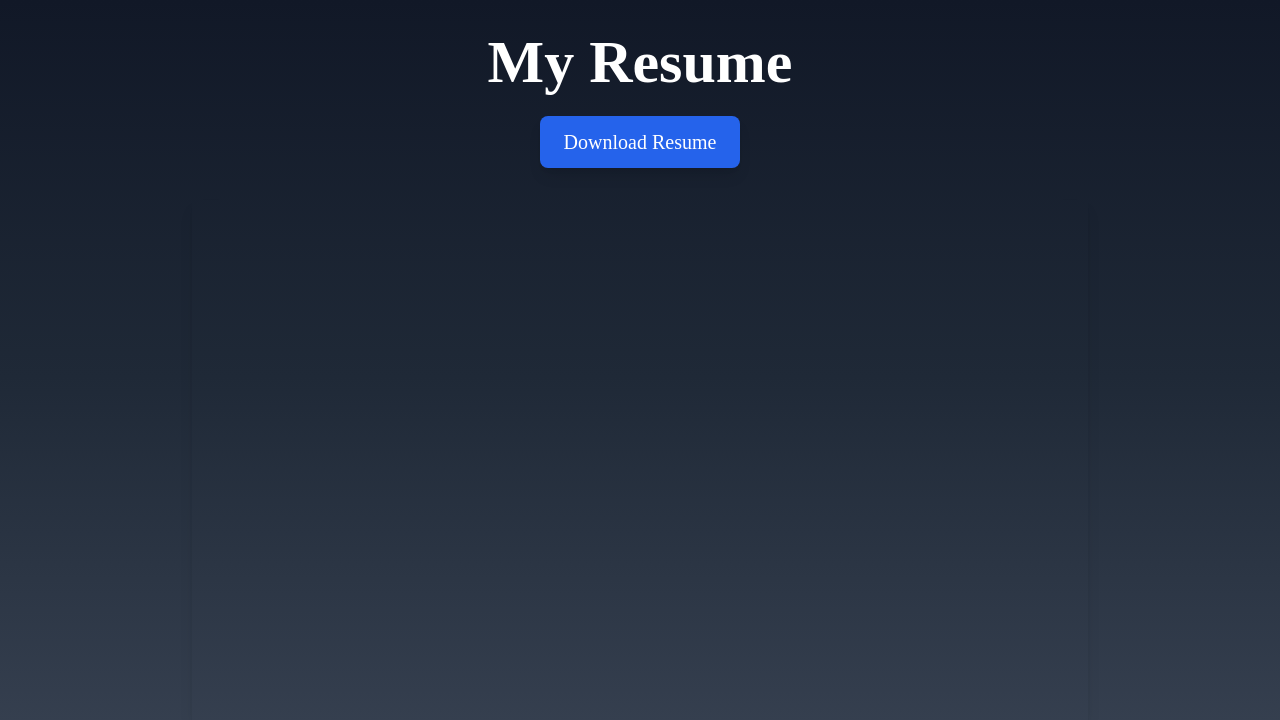
Repository: evnwyn/Evan-Wayne-s-Portfolio
Page: /resume
The author's editor kept a copy of each file at every save. The page is drawn from the files as they stood at one save, then again after the next save.
The browser window is 1280 px wide. The pictures show the whole page.
An inner scrolling area shows only its first screen. The project was rebuilt for these pictures with package versions that can differ from the ones it lists, and the page was loaded fresh each time. The framework's server and built-in components were replaced by stand-ins that run in the browser. Also part of the build but not shown: next.config.js.

Above is the page before, as saved 2024-10-09 20:23:12.

### src/app/layout.tsx
// app/layout.tsx

import '~/styles/globals.css'; // Import your global styles
import { type Metadata } from 'next';
import { ReactNode } from 'react';

export const metadata: Metadata = {
  title: 'Evan Wayne | Portfolio',
  description: 'This is my personal portfolio website',
  icons: [{ rel: 'icon', url: '/favicon.ico' }],
};

export default function RootLayout({ children }: { children: ReactNode }) {
  return (
    <html lang="en">
      <body className="min-h-screen flex flex-col bg-gradient-to-b from-gray-900 via-gray-800 to-gray-700">
        {/* Main content area, flex-grow ensures this stretches to fill the viewport */}
        <main className="flex-grow flex flex-col">{children}</main>
        <footer className="text-center text-white py-4">
          © {new Date().getFullYear()} Evan Wayne
        </footer>
      </body>
    </html>
  );
}

### src/app/resume/page.tsx
// app/resume/page.tsx

import React from 'react';

export default function Resume() {
  return (
    <div className="min-h-screen flex flex-col items-center justify-center p-8 bg-gradient-to-b from-gray-900 via-gray-800 to-gray-700">
      <h1 className="text-6xl font-bold text-white mb-6 transition-all duration-500 hover:text-gray-300">
        My Resume
      </h1>
      <a
        href="/Evan Wayne's Resume 09:10:2024.pdf" // Ensure this points to the correct resume file in the public folder
        download
        className="bg-blue-600 text-white text-xl px-6 py-3 rounded-lg shadow-lg transform hover:bg-blue-700 hover:scale-110 transition-transform duration-500 ease-out hover:shadow-xl"
      >
        Download Resume
      </a>
      <iframe
        src="/Evan Wayne's Resume 09:10:2024.pdf" // Embedding the resume for inline viewing
        className="mt-8 w-full max-w-4xl h-full border-0 shadow-lg"
        style={{ height: 'calc(100vh - 200px)' }} // Adjust height to fit full viewport minus some space for header and download button
        title="Resume PDF"
      />
    </div>
  );
}

### src/styles/globals.css
@tailwind base;
@tailwind components;
@tailwind utilities;

/* Reset any default padding or margin */
html, body {
  height: 100%;
  margin: 0;
  padding: 0;
  overflow-x: hidden; /* Prevents horizontal scrolling if there's any overflow */
  background-color: transparent; /* Just to ensure no background color is affecting things */
}

/* Ensure the Next.js root div takes up the full height */
#__next {
  height: 100%;
  display: flex;
  flex-direction: column;
}

/* Main container grows to fill the available space */
main {
  flex-grow: 1;
  display: flex;
  flex-direction: column;
}

Loaded but not shown: tailwind.config.ts (common file)

After the next save:
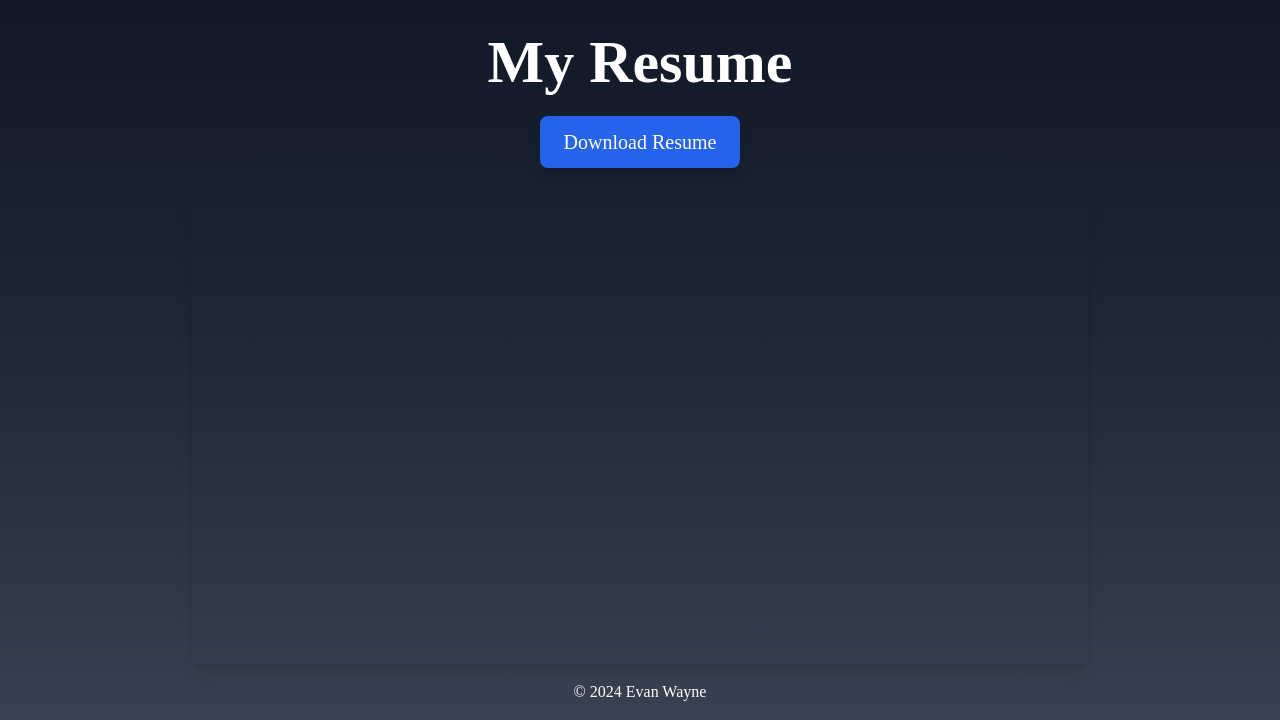
Saved 31 s later.
--- a/src/app/resume/page.tsx
+++ b/src/app/resume/page.tsx
@@ -4,23 +4,27 @@ import React from 'react';
 
 export default function Resume() {
   return (
-    <div className="min-h-screen flex flex-col items-center justify-center p-8 bg-gradient-to-b from-gray-900 via-gray-800 to-gray-700">
-      <h1 className="text-6xl font-bold text-white mb-6 transition-all duration-500 hover:text-gray-300">
-        My Resume
-      </h1>
-      <a
-        href="/Evan Wayne's Resume 09:10:2024.pdf" // Ensure this points to the correct resume file in the public folder
-        download
-        className="bg-blue-600 text-white text-xl px-6 py-3 rounded-lg shadow-lg transform hover:bg-blue-700 hover:scale-110 transition-transform duration-500 ease-out hover:shadow-xl"
-      >
-        Download Resume
-      </a>
-      <iframe
-        src="/Evan Wayne's Resume 09:10:2024.pdf" // Embedding the resume for inline viewing
-        className="mt-8 w-full max-w-4xl h-full border-0 shadow-lg"
-        style={{ height: 'calc(100vh - 200px)' }} // Adjust height to fit full viewport minus some space for header and download button
-        title="Resume PDF"
-      />
+    <div className="flex-grow flex flex-col items-center justify-center w-full">
+      <div className="flex flex-col items-center pt-8 pb-4">
+        <h1 className="text-6xl font-bold text-white transition-all duration-500 hover:text-gray-300">
+          My Resume
+        </h1>
+        <a
+          href="/Evan Wayne's Resume 09:10:2024.pdf" // Make sure this points to the correct file
+          download
+          className="bg-blue-600 text-white text-xl px-6 py-3 rounded-lg shadow-lg transform hover:bg-blue-700 hover:scale-110 transition-transform duration-500 ease-out hover:shadow-xl mt-6"
+        >
+          Download Resume
+        </a>
+      </div>
+
+      <div className="flex-grow flex justify-center items-center w-full">
+        <iframe
+          src="/Evan Wayne's Resume 09:10:2024.pdf"
+          className="w-full h-full max-w-4xl border-0 shadow-lg"
+          title="Resume PDF"
+        />
+      </div>
     </div>
   );
 }
